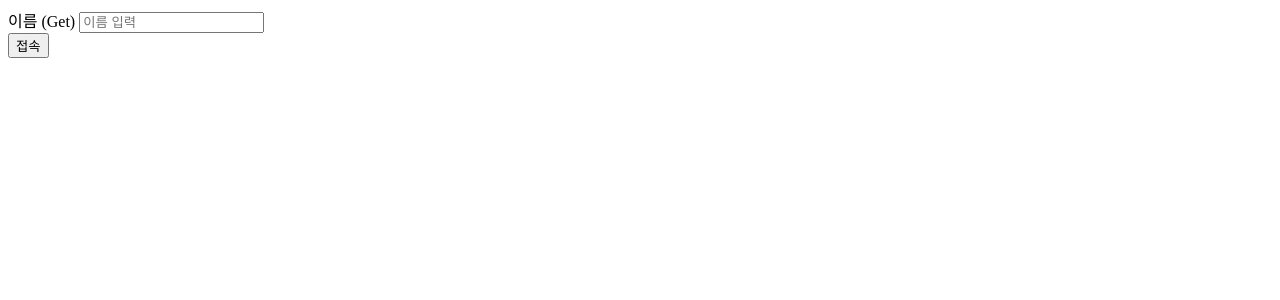
Repository: Kimth520/JSP-study
Page: http://localhost/day02_task/
An editor plug-in stored every save of this project. The page is shown before and after the next save, followed by the edit.
The browser window is 1280 px wide. The pictures show the whole page.
The page is served by Tomcat 9. Nobody is signed in. The application's start-up code is not run.

Above is the page before, as saved 2025-01-13 08:11:41.

After the next save:
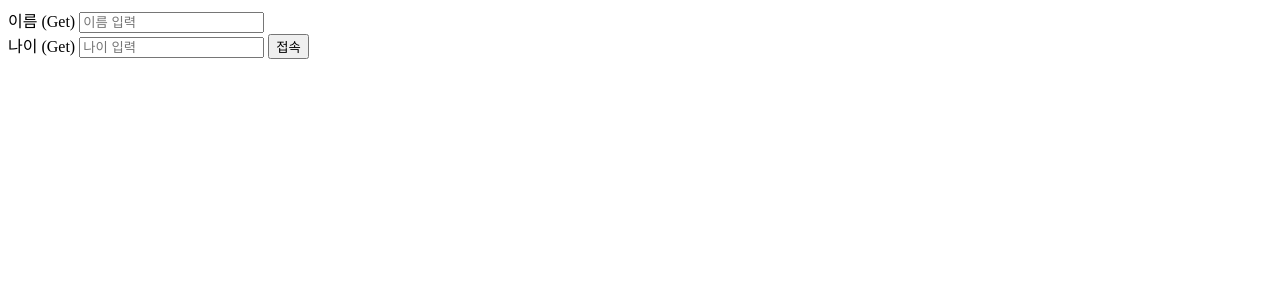
Saved 55 s later.
--- a/workspace/day02_task/src/main/webapp/index.jsp
+++ b/workspace/day02_task/src/main/webapp/index.jsp
@@ -11,6 +11,8 @@
 		<label for="name">이름 (Get)</label>
 		<input type="text" id="name" name = "userName" placeholder="이름 입력">
 		<br>
+		<label for="age">나이 (Get)</label>
+		<input type="text" id="age" name = "userAge" placeholder="나이 입력">
 		<button type= "submit">접속</button>
 
 	</form>
